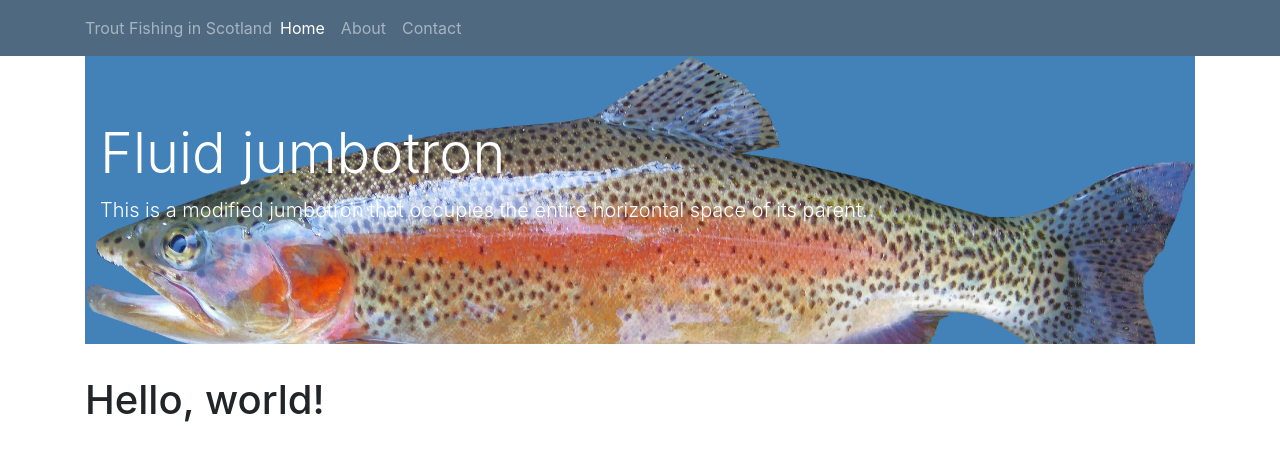
Repository: adrian9211/College_project
Page: index.html
An editor plug-in stored every save of this project. The page is shown before and after the next save, followed by the edit.
The browser window is 1280 px wide. The pictures show the whole page.

Above is the page before, as saved 2020-10-28 13:54:34.

### index.html
<!doctype html>
<html lang="en">
  <head>
    <!-- Required meta tags -->
    <meta charset="utf-8">
    <meta name="viewport" content="width=device-width, initial-scale=1, shrink-to-fit=no">

    <!-- Bootstrap CSS -->
    <link rel="stylesheet" href="https://cdn.jsdelivr.net/npm/bootstrap@4.5.3/dist/css/bootstrap.min.css" integrity="sha384-TX8t27EcRE3e/ihU7zmQxVncDAy5uIKz4rEkgIXeMed4M0jlfIDPvg6uqKI2xXr2" crossorigin="anonymous">
    <link rel="stylesheet" href="css/style.css">

    <title>Trout fishing in Scotland</title>
  </head>
  <body>
      <!-- Navigation  bar start -->
    <nav class="navbar navbar-expand-md navbar-dark sticky-top" role="navigation" id="navbar2" style="background-color: #4F6980;">
        <div class="container">
          <a href="index.html"><span class="navbar-text">Trout Fishing in Scotland</span></a>
          <button class="navbar-toggler" data-toggle="collapse" data-target="#collapse_target">
            <span class="navbar-toggler-icon"></span>
          </button>
          <div class="collapse navbar-collapse" id="collapse_target">
          <ul class="navbar-nav " >
            <li class="nav-item active">
              <a class="nav-link " href="index.html">Home </a>
            </li>
            <li class="nav-item ">
              <a class="nav-link " href="portfolio.html">About</a>
            </li>
            <li class="nav-item ">
              <a class="nav-link " href="contact.html">Contact</a>
            </li>
          </ul>
        </div>
        </div>
      </nav>
      <!-- Navigation  bar end -->
      <div class="container">
        <div class="jumbotron jumbotron-fluid">
            <div class="container alt">
              <h1 class="display-4">Fluid jumbotron</h1>
              <p class="lead">This is a modified jumbotron that occupies the entire horizontal space of its parent.</p>
            </div>
        </div>
          <main>

          </main>
        <h1>Hello, world!</h1>

        </div>
    <!-- Scripts for bootstrap -->
    <script src="https://code.jquery.com/jquery-3.5.1.slim.min.js" integrity="sha384-DfXdz2htPH0lsSSs5nCTpuj/zy4C+OGpamoFVy38MVBnE+IbbVYUew+OrCXaRkfj" crossorigin="anonymous"></script>
    <script src="https://cdn.jsdelivr.net/npm/bootstrap@4.5.3/dist/js/bootstrap.bundle.min.js" integrity="sha384-ho+j7jyWK8fNQe+A12Hb8AhRq26LrZ/JpcUGGOn+Y7RsweNrtN/tE3MoK7ZeZDyx" crossorigin="anonymous"></script>
  </body>
</html>

### css/style.css
.jumbotron {
    background-image: url("../img/trout.png");
    background-color: rgb(66, 130, 185);
    background-size: cover;
    height: 40vh;
}

.alt h1, p {
    color: #fff;
}

After the next save:
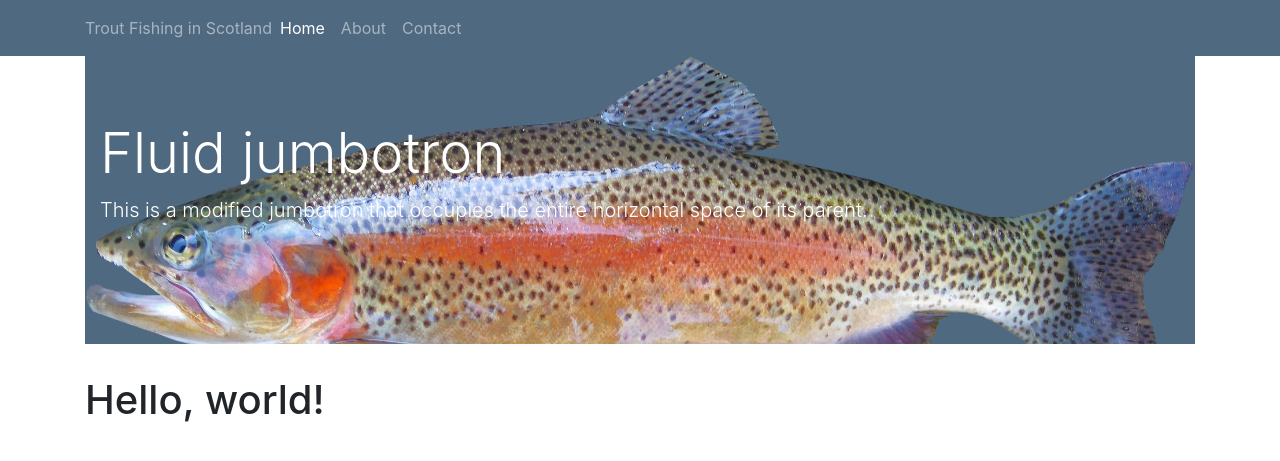
Saved 22 s later.
--- a/css/style.css
+++ b/css/style.css
@@ -1,6 +1,6 @@
 .jumbotron {
     background-image: url("../img/trout.png");
-    background-color: rgb(66, 130, 185);
+    background-color: #4F6980;
     background-size: cover;
     height: 40vh;
 }
